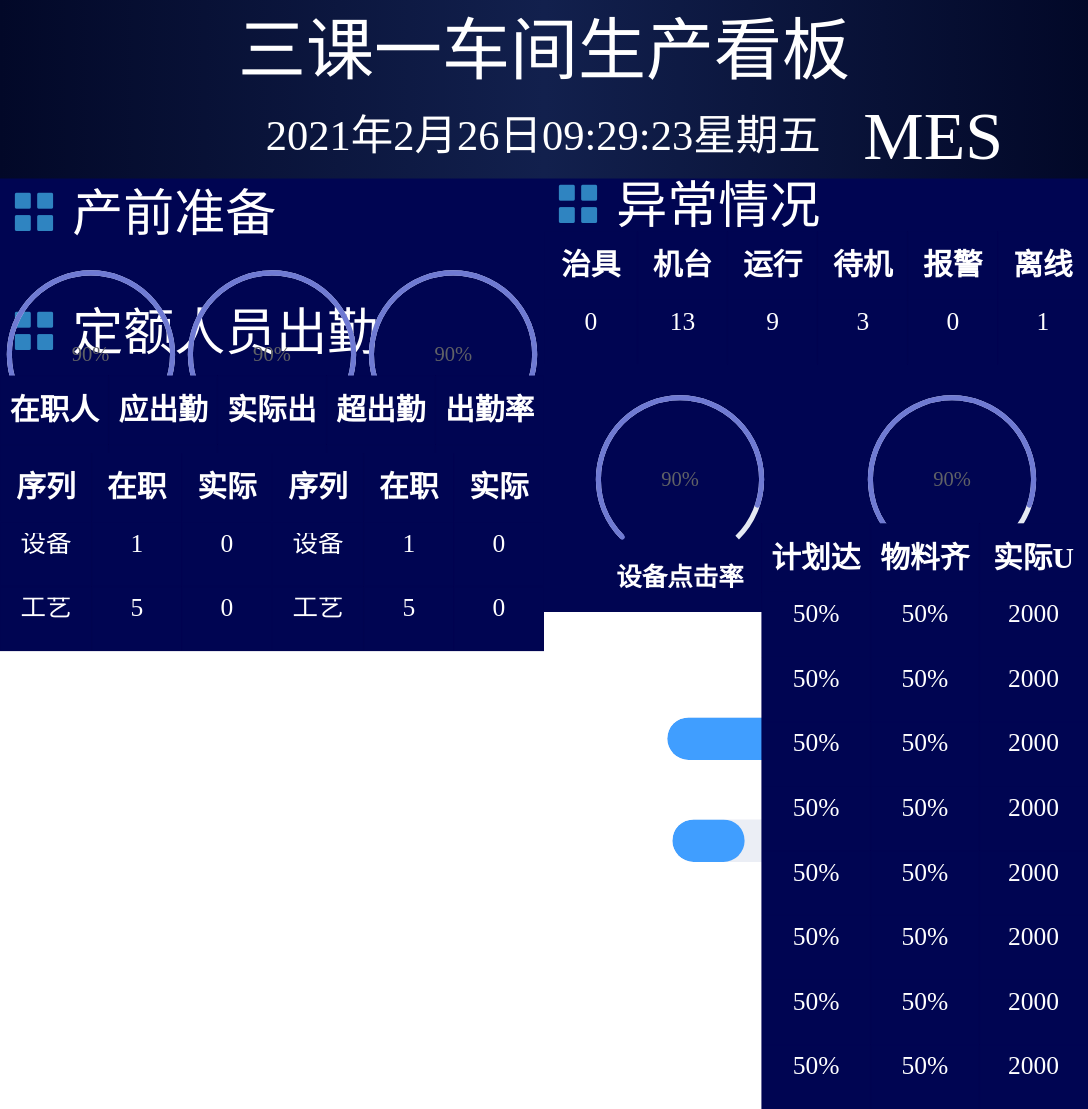
Repository: Bimbaloo/pv-view
Page: a.html
An editor plug-in stored every save of this project. The page is shown before and after the next save, followed by the edit.
The browser window is 1280 px wide. The pictures show the whole page, at 85% of full size.

Above is the page before, as saved 2021-05-14 15:41:46.
Console error: ReferenceError: echarts is not defined

After the next save:
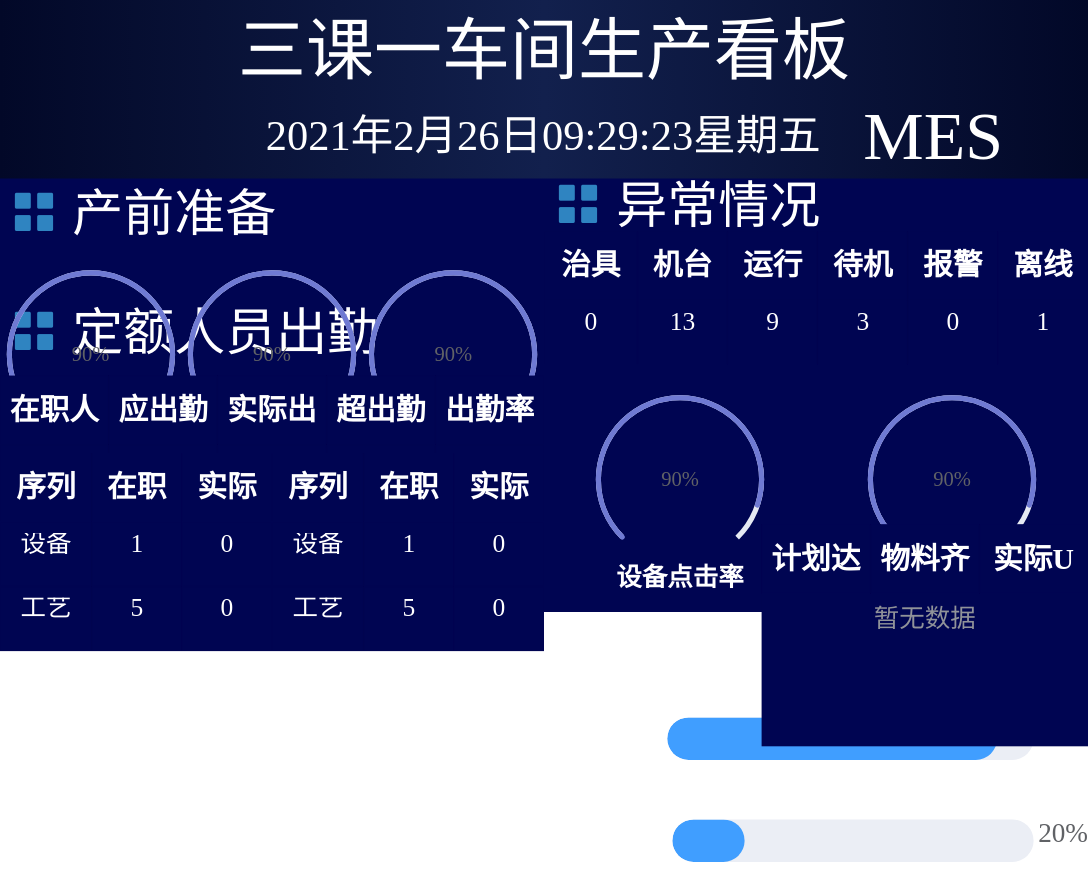
Saved 25 s later.
--- a/base.js
+++ b/base.js
@@ -123,39 +123,7 @@ var Main = new Vue({
           align: 'center',
         }
       ],
-      data5: [{
-        Achievement: '50%',
-        material: '50%',
-        UPH: 2000,
-      }, {
-        Achievement: '50%',
-        material: '50%',
-        UPH: 2000,
-      }, {
-        Achievement: '50%',
-        material: '50%',
-        UPH: 2000,
-      }, {
-        Achievement: '50%',
-        material: '50%',
-        UPH: 2000,
-      }, {
-        Achievement: '50%',
-        material: '50%',
-        UPH: 2000,
-      }, {
-        Achievement: '50%',
-        material: '50%',
-        UPH: 2000,
-      }, {
-        Achievement: '50%',
-        material: '50%',
-        UPH: 2000,
-      }, {
-        Achievement: '50%',
-        material: '50%',
-        UPH: 2000,
-      }],
+      data5: [],
       height: 100,
     },
     colors: [{
